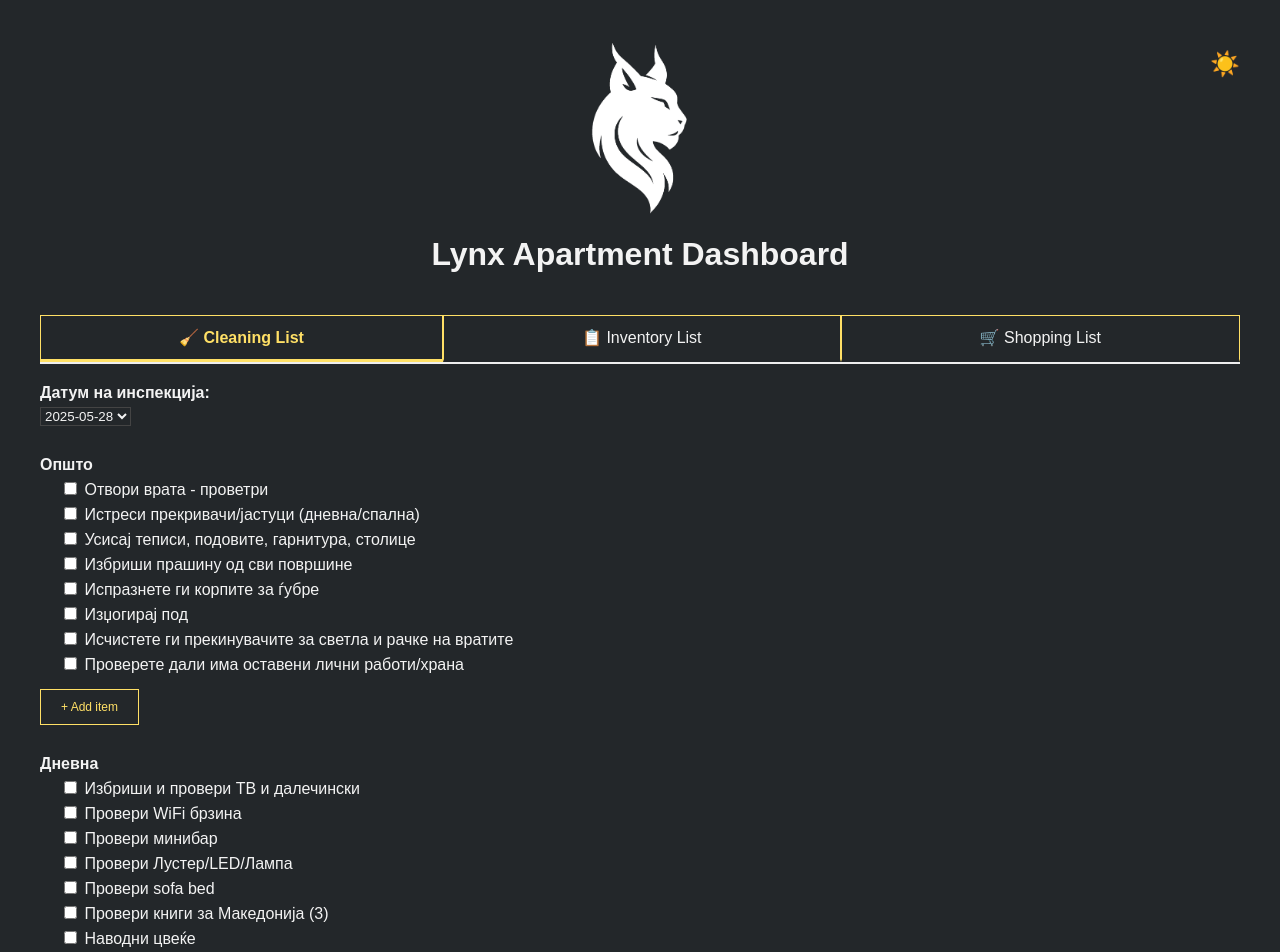
Repository: Z0ck0/Lynx-Apartment-Dashboard
Page: index.html
An editor plug-in stored every save of this project. The page is shown before and after a run of saves, followed by the edit.
The browser window is 1280 px wide. The pictures show the part of the page from y = 0 to 952 px (the page is 3889 px tall).
Empty fields were first filled with sample values (such as "Sample", 5 or name@example.com).
After loading, the first visible `#theme-toggle` was clicked once.

Above is the page before, as saved 2025-05-29 12:06:35.

After the next 3 saves:
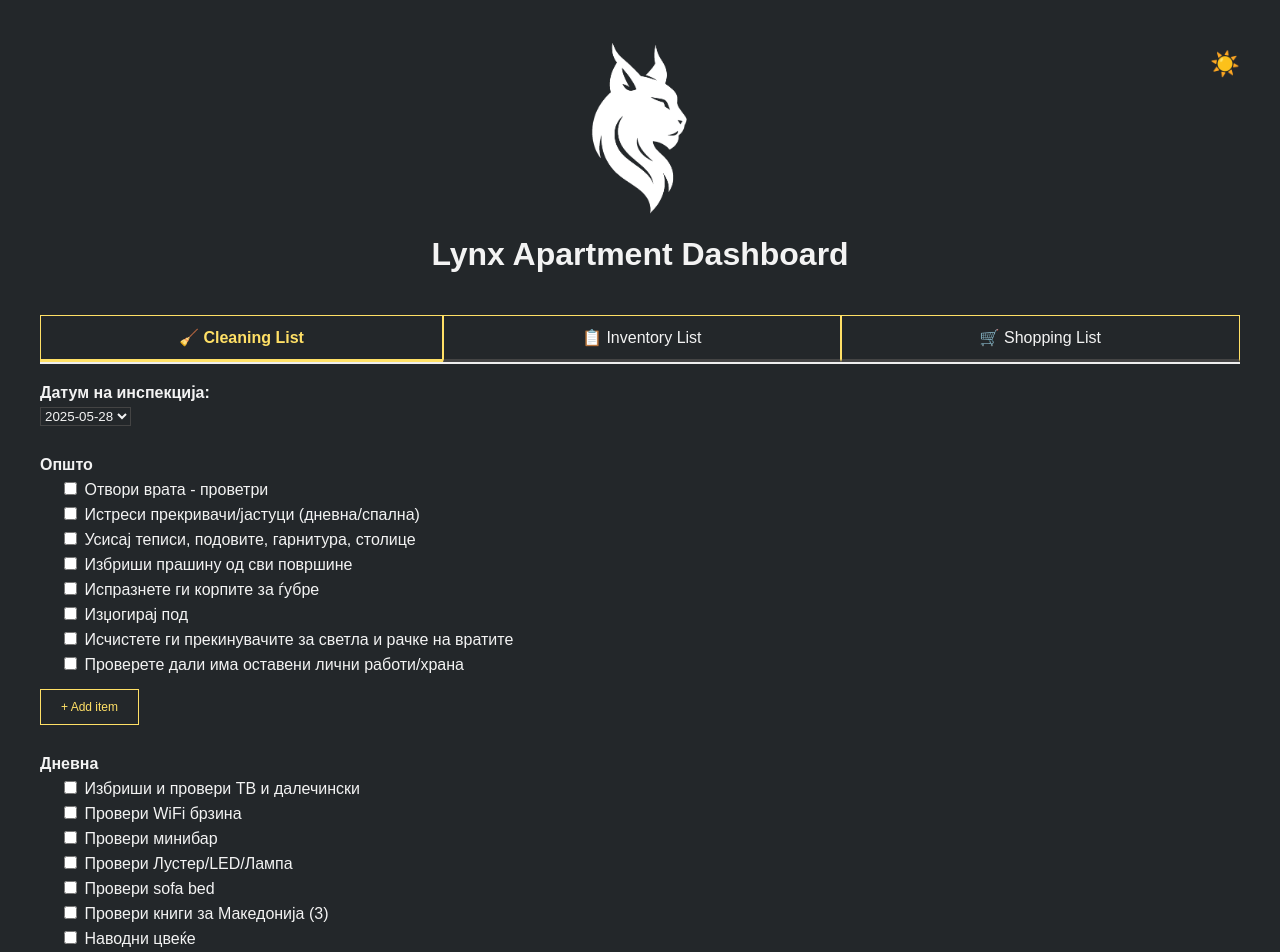
The 3 saves are shown as one change because they came seconds apart.
The last was saved 50 s later.
--- a/index.html
+++ b/index.html
@@ -125,7 +125,7 @@
       }
       body.dark-mode .tab-btn {
         color: #f3f3f3;
-        border-bottom: 3px solid transparent;
+        border-bottom: 3px solid #444;
       }
       body.dark-mode .tab-btn.active {
         color: #ffe066;
